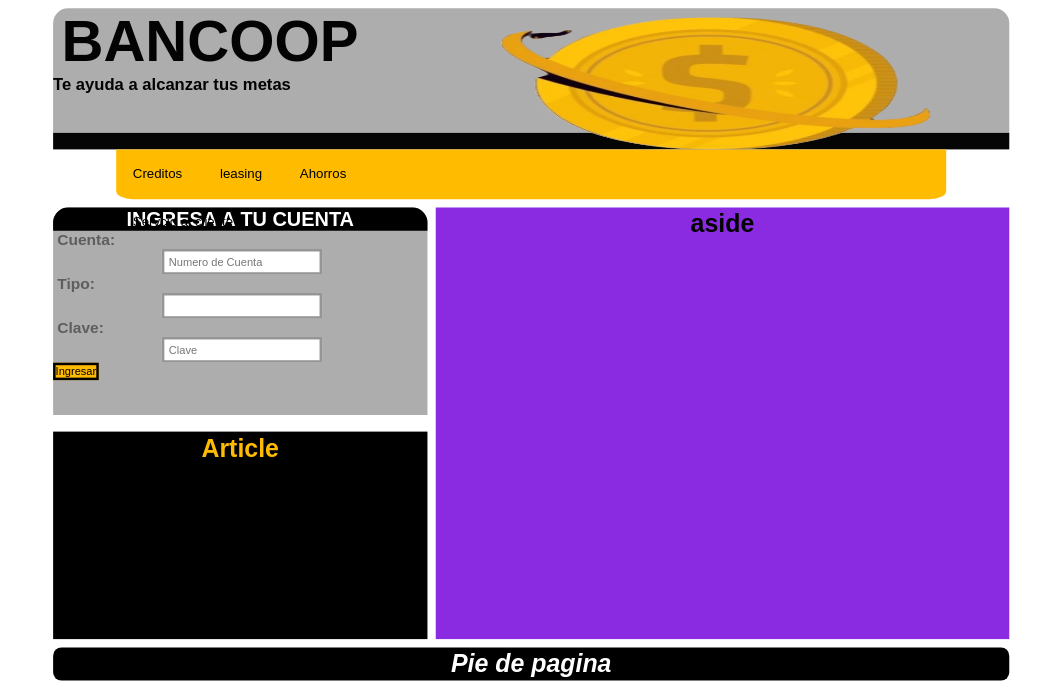
Repository: NickArregoces/BANCOOP
Page: Index.html
These files come from the project's save history. The page is drawn as it stood at one moment and after the next save; the edit follows.
The browser window is 1280 px wide. The pictures show the whole page, at 83% of full size.

Above is the page before, as saved 2021-09-29 20:04:53.

### Index.html
<!DOCTYPE html>
<html lang="en">
<head>
    <meta charset="UTF-8">
    <meta http-equiv="X-UA-Compatible" content="IE=edge">
    <meta name="viewport" content="width=device-width, initial-scale=1.0">
    <title>BANCOOP Home</title>
    <link rel="stylesheet" href="/CSS/Style.css">



</head>
<body>
    <div id="head">
        <header>
            <img src="/Images/logo.png" alt="logo">
                <h1>BANCOOP</h1>
                <h3>Te ayuda a alcanzar tus metas</h3>
        </header>

        <nav class="barra"></nav>

        <ul class="menu">
            <li><a href="#">Creditos</a></li>
            <li><a href="#">leasing</a></li>
            <li><a href="#">Ahorros</a></li>
            <li><a href="#">Servcio al cliente</a></li>
        </ul>
    </div>

        <div id="Contenido">
            <div class="section">
                <form action="" class="login">
                    <h2 style="color: rgb(255, 255, 255);">INGRESA A TU CUENTA</h2>

                    <h3 >Cuenta:<input type="number" placeholder="Numero de Cuenta"></h3>

                    <h3>Tipo:<input type="text"></h3>

                    <h3>Clave:<input type="password" placeholder="Clave"></h3>

                    <button class="sumbit"> Ingresar </button>
                </form>

                <article>
                    <h2 style="color: rgb(255, 187,0);">Article</h2>
                </article>
            </div>

            <div id="Cuadros">
                <aside>
                    <h2>aside</h2>
                </aside>
            </div>

                <div>
                    <footer>
                        <h2>Pie de pagina</h2>
                    </footer>
                </div>
        </div>

</body>
</html>

### CSS/Style.css

*{
    margin: 0 auto;
    padding: 0px;
}
body{
    font-family: Arial, Helvetica, sans-serif;
    background: rgb(255, 255, 255);
    width: 90%;
    color: rgb(3, 3, 3);
}
header{
    width: 100%;
    margin-top: 10px;
    background: rgb(173, 173, 173);
    border-top-left-radius:  18px;
    border-top-right-radius:  18px;
    height: 150px;
}
    header img{
        float: right;
        width: 60%;
        height: 120%;
    }
    header h1{
        font-size: 70px;
        text-align: left;
        line-height: 60px;
        padding: 10px;
        display: block;
    }
    header h3{
        font-size: 20px;
        text-align: left;
    }
    header link{
        float: left;
    }
nav.barra{
    background: rgb(5, 5, 5);
    height: 20px;
}

ul.menu{
    border-bottom-left-radius: 20px 10px;
    border-bottom-right-radius: 20px 10px;
    background: rgb(255, 187, 0);
    height: 60px;
    list-style: none;
    padding: 0;
    max-width: 1000px;
    margin: auto;
}
    .menu li a{
        align-items: center;
        margin-right: 1px;
        text-decoration: none;
        color:black;
        padding: 20px;
        display: inline-block;

    }
    .menu li {

        display: inline-block;
        text-align:center;
        }
    .menu li a:hover{
        background: #242323b6;
        color: white;
        }

.section{
    width: 40%;
    float: left;
}
    form{
        background: rgb(173, 173, 173);
        border-top-left-radius: 18px;
        border-top-right-radius: 18px;
        margin-top: 10px;
        margin-right:10px;
        margin-bottom: 10px;
        height: 250px;
    }
        .login h2{
            text-align: center;
            background: black;
            border-top-left-radius: 18px;
            border-top-right-radius: 18px;
        }
        form h3{
            margin-left: 5px;
            color: rgb(95, 93, 93);
        }
        form input{
            padding: 5px;
            display: block;
            border: solid rgb(149, 149, 149);
        }
        button{

            background-position: center;
            background: rgb(255, 187, 0);
            border: solid black;
        }

    article {
        height: 250px;
        background: rgb(0, 0, 0);
        margin-top: 20px;
        margin-right:10px;
        margin-bottom: 10px;
    }
        article h2{
            font-size: 30px;
            text-align: center;
            line-height: 40px;
        }

aside{
    width: 60%;
    height: 520px;
    background: blueviolet;
    margin-top: 10px;
    float: right;
    margin-bottom: 10px;
}
    aside h2{
        font-size: 30px;
        text-align: center;
        line-height: 40px;
    }


footer{
    background: black;
    clear: both;
    border-radius: 10px;
}
    footer h2{
        font-size: 30px;
        text-align: center;
        line-height: 40px;
        color: white;
        font-style:italic;
    }

After the next save:
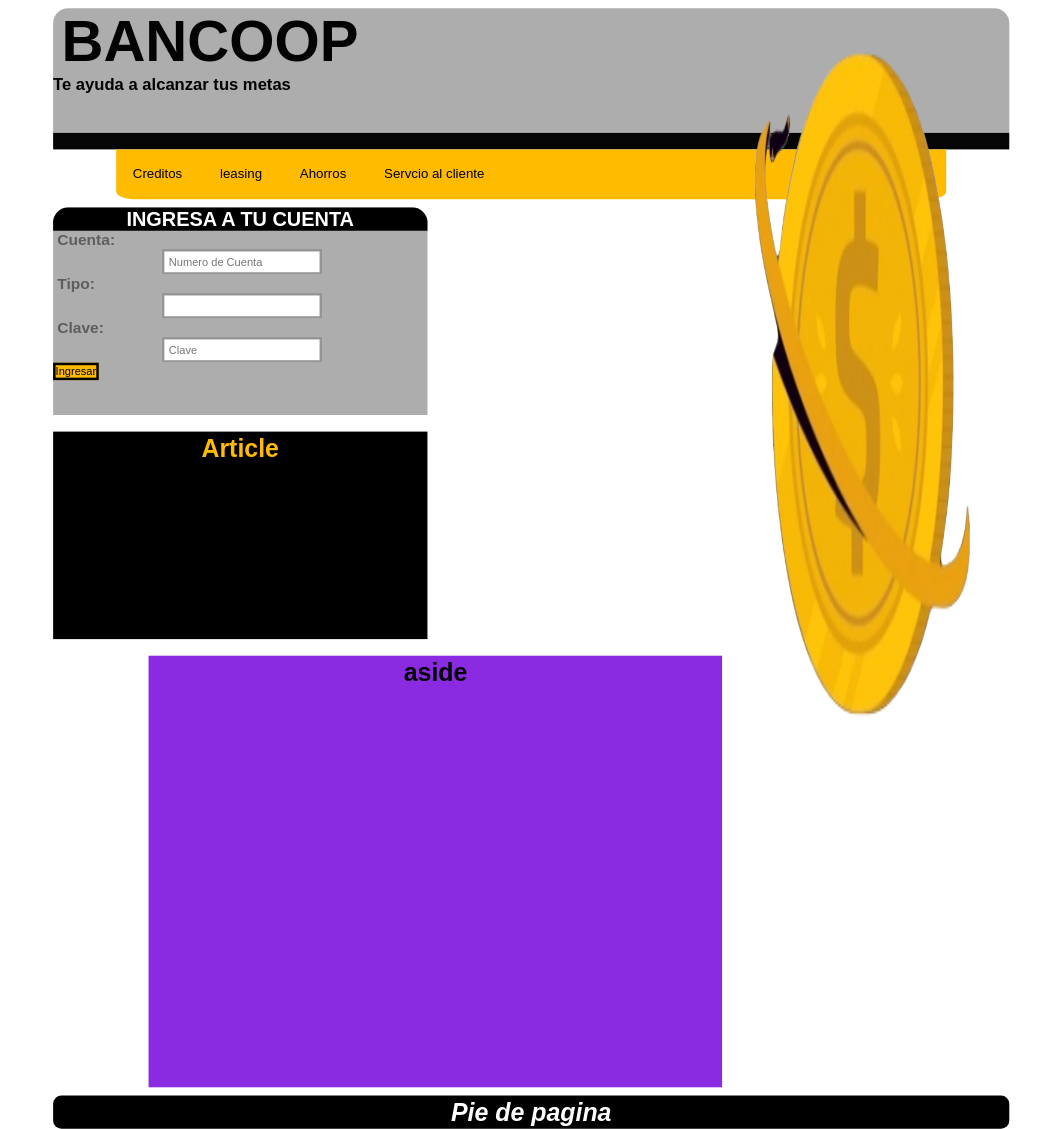
Saved 8 s later.
--- a/CSS/Style.css
+++ b/CSS/Style.css
@@ -19,8 +19,8 @@ header{
 }
     header img{
         float: right;
-        width: 60%;
-        height: 120%;
+        width: 30%;
+        height: 600%;
     }
     header h1{
         font-size: 70px;
